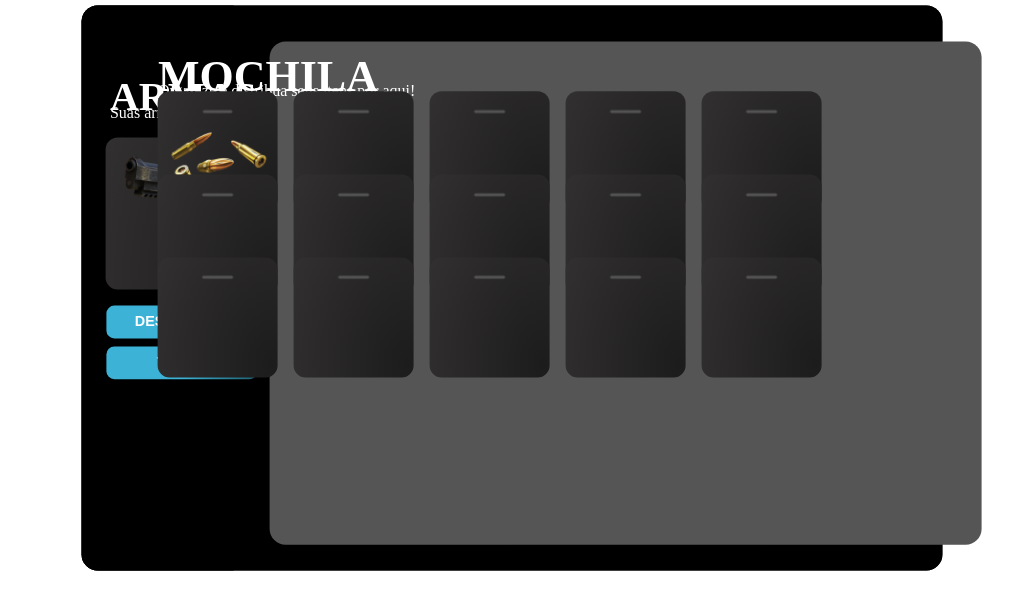
Repository: DuMCorrea/Mochila
Page: index.html
An editor plug-in stored every save of this project. The page is shown before and after the next save, followed by the edit.
The browser window is 1280 px wide. The pictures show the whole page, at 80% of full size.
Some web fonts or font styles are not loaded; a fallback is used.

Above is the page before, as saved 2024-09-02 23:17:44.

### index.html
<!DOCTYPE html>
<html lang="pt-BR">
<head>
    <meta charset="UTF-8">
    <meta name="viewport" content="width=device-width, initial-scale=1.0">
    <link href="https://fonts.googleapis.com/css2?family=Baloo+Bhai+2&display=swap" rel="stylesheet">
    <title>Modelo de Tela</title>
    <link rel="stylesheet" href="styles.css">
</head>
<body>
    <div class="container">
        <div class="background-rectangle">
            <div class="left-div">
                <div class="content-left">
                    <h1>ARMAS</h1>
                    <p>Suas armas equipadas!</p>
                    <div class="image-container">
                        <img src="assets/ARMA.png" alt="Imagem" />
                    </div>
                    <button class="desequipar-btn">DESEQUIPAR</button>
                    <button class="todas">TODAS</button>
                </div>
            </div>
            <div class="right-div">
                <div class="content-right">
                    <h1>MOCHILA</h1>
                    <p>Organize e distribua seus itens por aqui!</p>
                    <div class="squares-container">
                        <div class="square">
                            <img src="assets/traco.png" alt="Imagem" class="square-image-unic">
                            <img src="assets/balas.png" alt="Imagem" class="shots-image">
                        </div>
                        <div class="square">
                            <img src="assets/traco.png" alt="Imagem" class="square-image">
                        </div>
                        <div class="square">
                            <img src="assets/traco.png" alt="Imagem" class="square-image">
                        </div>
                        <div class="square">
                            <img src="assets/traco.png" alt="Imagem" class="square-image">
                        </div>
                        <div class="square">
                            <img src="assets/traco.png" alt="Imagem" class="square-image">
                        </div>
                    </div>
                    <!-- Segunda linha de quadrados -->
                    <div class="squares-containerr">
                        <div class="square">
                            <img src="assets/traco.png" alt="Imagem" class="square-image">
                        </div>
                        <div class="square">
                            <img src="assets/traco.png" alt="Imagem" class="square-image">
                        </div>
                        <div class="square">
                            <img src="assets/traco.png" alt="Imagem" class="square-image">
                        </div>
                        <div class="square">
                            <img src="assets/traco.png" alt="Imagem" class="square-image">
                        </div>
                        <div class="square">
                            <img src="assets/traco.png" alt="Imagem" class="square-image">
                        </div>
                    </div>

                    <!-- Terceira linha de quadrados -->
                    <div class="squares-containerrr">
                        <div class="square">
                            <img src="assets/traco.png" alt="Imagem" class="square-image">
                        </div>
                        <div class="square">
                            <img src="assets/traco.png" alt="Imagem" class="square-image">
                        </div>
                        <div class="square">
                            <img src="assets/traco.png" alt="Imagem" class="square-image">
                        </div>
                        <div class="square">
                            <img src="assets/traco.png" alt="Imagem" class="square-image">
                        </div>
                        <div class="square">
                            <img src="assets/traco.png" alt="Imagem" class="square-image">
                        </div>
                    </div>
                </div>
            </div>
        </div>
    </div>
</body>
</html>

### styles.css
body, html {
    margin: 0;
    padding: 0;
    width: 100%;
    height: 100%;
    display: flex;
    justify-content: center;
    align-items: center;
    background-color: white; /* Fundo preto para o body */
    font-family: 'Baloo Bhai 2', cursive; /* Aplicando a fonte Baloo Bhai */
}

.container {
    width: 84%; /* Largura da div principal */
    height: 98%; /* Altura da div principal */
    display: flex;
    justify-content: center;
    align-items: center;
    background-color: #000000; /* Fundo preto para a div principal */
    border-radius: 20px; /* Canto arredondado */
    font-family: 'Baloo Bhai 2', cursive; /* Aplicando a fonte Baloo Bhai */
}

.background-rectangle {
    width: 100%;
    height: 100%;
    background: #000000; /* Fundo preto para o retângulo principal */
    border-radius: 20px; /* Cantos arredondados */
    display: flex;
}

.left-div {
    width: 22%; /* 25% da largura da tela */
    height: 100%;
    background-color: #000000; /* Fundo preto para a div esquerda */
    display: flex;
    justify-content: center;
    align-items: center;
    border-radius: 20px 0 0 20px; /* Canto arredondado à esquerda */
    font-family: 'Baloo Bhai 2', cursive; /* Aplicando a fonte Baloo Bhai */
}

.right-div {
    width: calc(110% - 20px); /* 73% da largura da tela menos a margem */
    height: calc(92% - 20px); /* 95% da altura menos a margem */
    background-color: #555555; /* Fundo cinza para a div direita */
    display: flex;
    justify-content: center;
    align-items: center;
    margin: 45px; /* Margem em torno da div da direita */
    border-radius: 20px; /* Cantos arredondados */
    font-family: 'Baloo Bhai 2', cursive; /* Aplicando a fonte Baloo Bhai */
}


/* DIV DA ESQUERDA */

.content-left {
    text-align: justify; /* Justifica o texto */
    display: flex;
    flex-direction: column;
    justify-content: flex-start; /* Alinha os elementos ao topo da div */
    align-items: center; /* Centraliza horizontalmente */
    height: 100%; /* Ocupa toda a altura da div esquerda */
    padding-top: 100px; /* Adiciona um espaçamento do topo */
}

.left-div h1 {
    color: white; /* Cor branca para o título */
    font-size: 50px; /* Tamanho da fonte do título */
    margin-bottom: -20px; /* Espaçamento negativo para aproximar o parágrafo */
    font-weight: 900;
    width: 100%; /* Para garantir que a justificação funcione */
    text-align: justify; /* Justifica o texto do título */
    position: relative;
    left: 35px;
}

.left-div p {
    color: white; /* Cor branca para a frase */
    font-size: 20px; /* Tamanho da fonte da frase */
    margin-top: 0; /* Remove a margem superior do parágrafo */
    width: 100%; /* Para garantir que a justificação funcione */
    text-align: justify; /* Justifica o texto da frase */
    font-weight: 100;
    position: relative;
    left: 35px;
}

.image-container {
    width: 190px; /* Largura do quadrado */
    height: 190px; /* Altura do quadrado */
    background: radial-gradient(547.21% 823.76% at 94.51% 88.04%, #1D1C1C 0%, #837E7E 100%); /* Fundo com gradiente */
    border-radius: 15px; /* Borda arredondada */
    display: flex;
    justify-content: center;
    align-items: center;
    margin-top: 0px; /* Espaçamento acima da imagem */
    position: relative;
    left: 30px;
}

.image-container img {
    width: 85%; /* Ajusta o tamanho da imagem para caber no container */
    height: 85%; /* Ajusta o tamanho da imagem para caber no container */
    border-radius: 15px; /* Borda arredondada da imagem para combinar com o container */
}

.desequipar-btn {
    margin-top: 20px; /* Espaçamento acima do botão */
    padding: 10px 20px; /* Espaçamento interno do botão */
    background: linear-gradient(90deg, #3CB3D6 49.9%, #1F5E70 100%); /* Fundo com gradiente */
    color: white; /* Cor do texto */
    font-size: 18px; /* Tamanho da fonte */
    font-weight: bold; /* Negrito no texto */
    border: none; /* Remove a borda padrão do botão */
    border-radius: 10px; /* Bordas arredondadas */
    cursor: pointer; /* Cursor de ponteiro ao passar o mouse */
    text-align: center; /* Centraliza o texto no botão */
    width: 189px; /* Largura do botão */
    position: relative;
    left: 30px;
}

.todas {
    margin-top: 10px; /* Espaçamento acima do botão */
    padding: 10px 20px; /* Espaçamento interno do botão */
    background: linear-gradient(90deg, #3CB3D6 49.9%, #1F5E70 100%); /* Fundo com gradiente */
    color: white; /* Cor do texto */
    font-size: 18px; /* Tamanho da fonte */
    font-weight: bold; /* Negrito no texto */
    border: none; /* Remove a borda padrão do botão */
    border-radius: 10px; /* Bordas arredondadas */
    cursor: pointer; /* Cursor de ponteiro ao passar o mouse */
    text-align: center; /* Centraliza o texto no botão */
    width: 189px; /* Largura do botão */
    position: relative;
    left: 30px;
}


/* DIV DA DIREITA */


.content-right {
    display: flex;
    flex-direction: column;
    justify-content: flex-start; /* Alinha os elementos ao topo da div */
    align-items: flex-start; /* Alinha os elementos à esquerda */
    height: 100%; /* Ocupa toda a altura da div direita */
    padding: 20px; /* Adiciona um espaçamento interno */
}

.right-div h1 {
    color: white; /* Cor branca para o título */
    font-size: 55px; /* Tamanho da fonte do título */
    margin-bottom: -20px; /* Espaçamento negativo para aproximar o parágrafo */
    font-weight: 900;
    width: 100%; /* Para garantir que a justificação funcione */
    text-align: left; /* Alinha o texto à esquerda */
    position: relative; /* Posicionamento relativo para o elemento abaixo */
    right: 160px;
    bottom: 25px;
}

.right-div p {
    color: white; /* Cor branca para a frase */
    font-size: 20px; /* Tamanho da fonte da frase */
    margin-top: 0; /* Remove a margem superior do parágrafo */
    width: 100%; /* Para garantir que a justificação funcione */
    text-align: left; /* Alinha o texto à esquerda */
    font-weight: 100;
    position: relative; /* Posicionamento relativo para o elemento abaixo */
    right: 160px;
    bottom: 30px;
}

.squares-container {
    display: flex; /* Exibe os quadrados em linha */
    justify-content: center; /* Centraliza os quadrados horizontalmente */
    align-items: center; /* Centraliza os quadrados verticalmente */
    width: 100%; /* Largura total para o contêiner */
    height: 50%; /* Altura do contêiner */
    position: relative;
    right: 170px;
    bottom: 70px;
}

.squares-containerr {
    display: flex; /* Exibe os quadrados em linha */
    justify-content: center; /* Centraliza os quadrados horizontalmente */
    align-items: center; /* Centraliza os quadrados verticalmente */
    width: 100%; /* Largura total para o contêiner */
    height: 50%; /* Altura do contêiner */
    position: relative;
    right: 170px;
    bottom: 135px;

}
.squares-containerrr {
    display: flex; /* Exibe os quadrados em linha */
    justify-content: center; /* Centraliza os quadrados horizontalmente */
    align-items: center; /* Centraliza os quadrados verticalmente */
    width: 100%; /* Largura total para o contêiner */
    height: 50%; /* Altura do contêiner */
    position: relative;
    right: 170px;
    bottom: 200px;
}

.square {
    width: 150px; /* Largura dos quadrados */
    height: 150px; /* Altura dos quadrados */
    background: radial-gradient(547.21% 823.76% at 94.51% 88.04%, #1D1C1C 0%, #837E7E 100%); /* Gradiente de fundo */
    border-radius: 15px; /* Bordas arredondadas */
    margin: 0 10px 0px 10px; /* Espaçamento entre os quadrados e entre as linhas */
    display: flex;
    justify-content: center; /* Centraliza horizontalmente o conteúdo */
    align-items: center; /* Centraliza verticalmente o conteúdo */
}

.square-image {
    width: 40px; /* Tamanho da imagem dentro dos quadrados */
    height: 5px;
    position: relative;
    bottom: 50px;
}

.square-image-unic {
    width: 40px; /* Tamanho da imagem dentro dos quadrados */
    height: 5px;
    position: relative;
    bottom: 50px;
    left: 67px;
}

.shots-image {
    width: 90%; /* Tamanho da imagem dentro dos quadrados */
    height: 60%;
    position: relative;
    top: 20px;
    right: 20px;
}

After the next save:
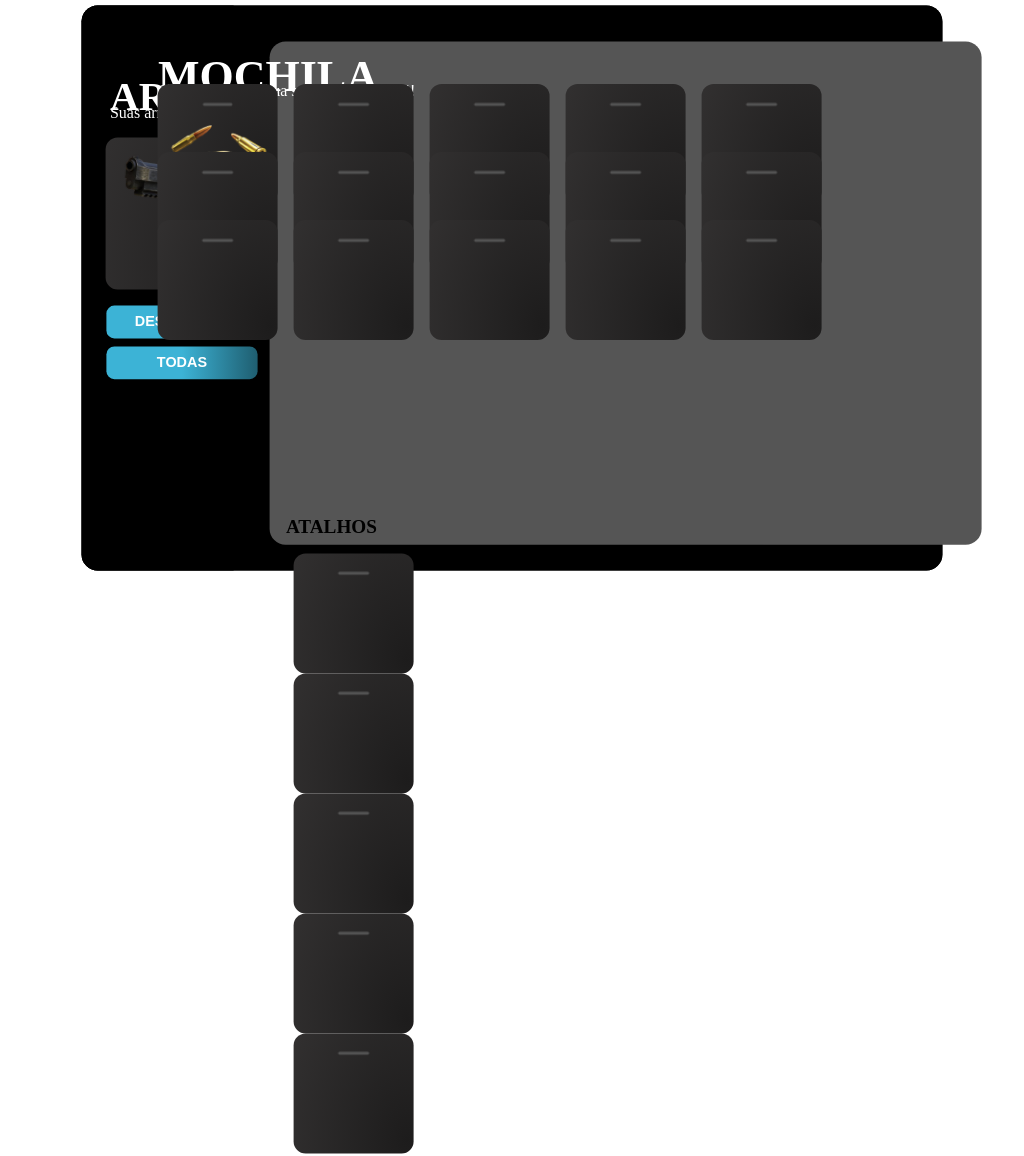
Saved 2 min 24 s later.
--- a/index.html
+++ b/index.html
@@ -80,6 +80,25 @@
                             <img src="assets/traco.png" alt="Imagem" class="square-image">
                         </div>
                     </div>
+                    <h2 class="atalhos-title">ATALHOS</h2>
+<div class="shortcuts-container">
+    <div class="square">
+        <img src="assets/traco.png" alt="Imagem" class="square-image">
+    </div>
+    <div class="square">
+        <img src="assets/traco.png" alt="Imagem" class="square-image">
+    </div>
+    <div class="square">
+        <img src="assets/traco.png" alt="Imagem" class="square-image">
+    </div>
+    <div class="square">
+        <img src="assets/traco.png" alt="Imagem" class="square-image">
+    </div>
+    <div class="square">
+        <img src="assets/traco.png" alt="Imagem" class="square-image">
+    </div>
+</div>
+
                 </div>
             </div>
         </div>

After the save that followed:
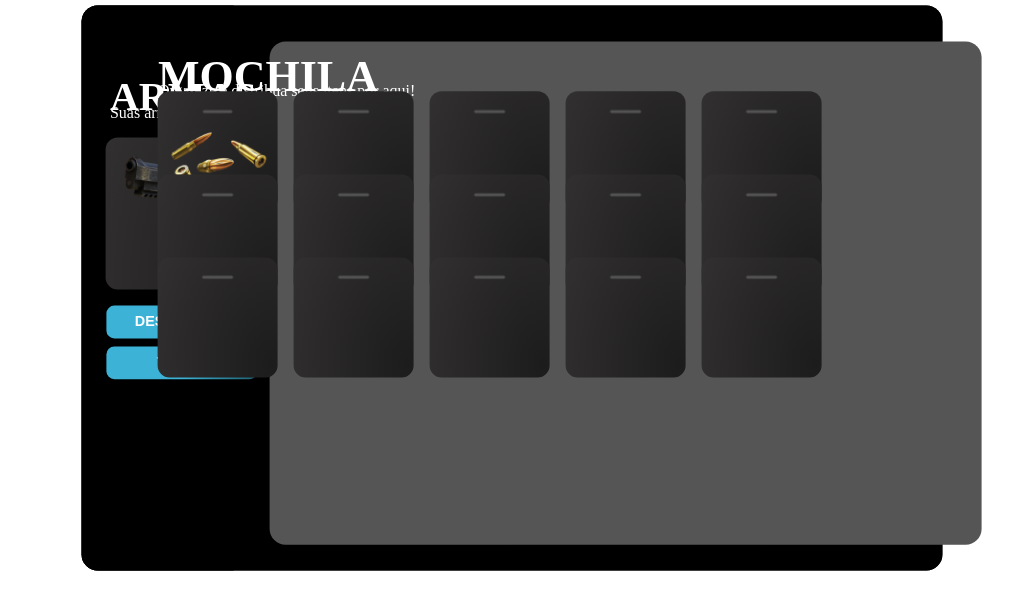
Saved 5 s later.
--- a/index.html
+++ b/index.html
@@ -80,24 +80,6 @@
                             <img src="assets/traco.png" alt="Imagem" class="square-image">
                         </div>
                     </div>
-                    <h2 class="atalhos-title">ATALHOS</h2>
-<div class="shortcuts-container">
-    <div class="square">
-        <img src="assets/traco.png" alt="Imagem" class="square-image">
-    </div>
-    <div class="square">
-        <img src="assets/traco.png" alt="Imagem" class="square-image">
-    </div>
-    <div class="square">
-        <img src="assets/traco.png" alt="Imagem" class="square-image">
-    </div>
-    <div class="square">
-        <img src="assets/traco.png" alt="Imagem" class="square-image">
-    </div>
-    <div class="square">
-        <img src="assets/traco.png" alt="Imagem" class="square-image">
-    </div>
-</div>
 
                 </div>
             </div>
